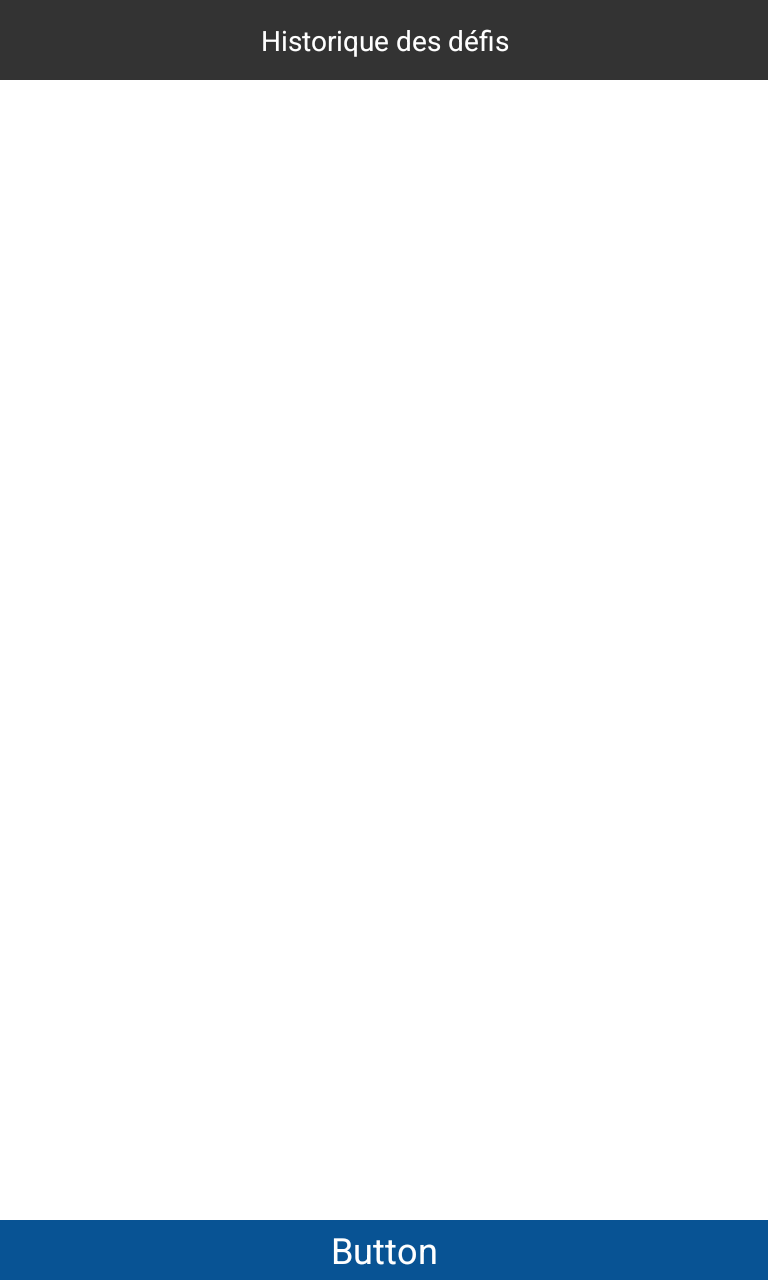
Repository: dekeym/Projet-IHM
Layout: WorkSpace/ChallengeMe/res/layout/fragment_history.xml
These files come from the project's save history. The layout is drawn as it stood at one moment and after the next save; the edit follows.
It is drawn on a 768 x 1280 px phone screen (xhdpi) without system bars, with theme android:Theme.Holo.Light.DarkActionBar; the app's code is not run. Lists and similar views that code fills are empty.

Above is the layout before, as saved 2014-12-18 10:10:55.

### WorkSpace/ChallengeMe/res/layout/fragment_history.xml
<?xml version="1.0" encoding="utf-8"?>
<RelativeLayout xmlns:android="http://schemas.android.com/apk/res/android"
    android:id="@+id/RelativeLayout1"
    android:layout_width="match_parent"
    android:layout_height="match_parent"
    android:orientation="vertical" >

    <TextView
        android:id="@+id/historyUser"
        android:layout_width="478dp"
        android:layout_height="40dp"
        android:layout_alignParentLeft="true"
        android:background="#333333"
        android:gravity="center"
        android:text="Historique des entraînements"
        android:textColor="@android:color/white"
        android:textSize="14sp" />

    <ListView
        android:id="@+id/listHistoryUser"
        android:layout_width="match_parent"
        android:layout_height="wrap_content"
        android:layout_above="@+id/button1"
        android:layout_alignRight="@+id/historyUser"
        android:layout_below="@+id/historyUser" >

    </ListView>

    <TextView
        android:id="@+id/historyCompet"
        android:layout_width="478dp"
        android:layout_height="40dp"
        android:layout_alignParentRight="true"
        android:layout_alignParentTop="true"
        android:background="#333333"
        android:gravity="center"
        android:textColor="@android:color/white"
        android:text="Historique des défis"
        android:textSize="14sp" />

    <ListView
        android:id="@+id/listHistoryCompet"
        android:layout_width="match_parent"
        android:layout_height="wrap_content"
        android:layout_alignBottom="@+id/listHistoryUser"
        android:layout_alignLeft="@+id/historyCompet"
        android:layout_alignRight="@+id/historyCompet"
        android:layout_alignTop="@+id/listHistoryUser" >

    </ListView>

    <Button
        android:id="@+id/buttonMonth"
        android:layout_width="fill_parent"
        android:layout_height="30dp"
        android:layout_alignParentBottom="true"
        android:layout_alignParentLeft="true"
        android:background="#085394"
        android:textColor="@android:color/white"
        android:text="Button" />

</RelativeLayout>

After the next save:
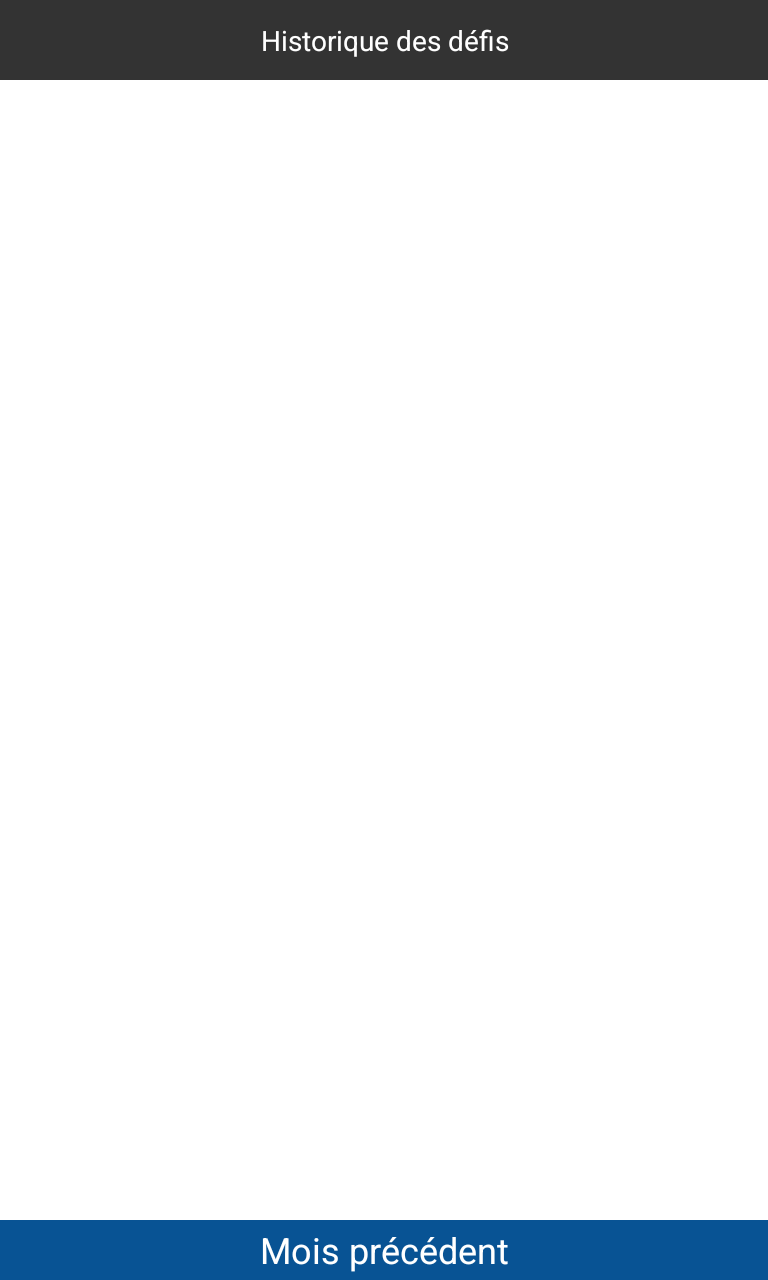
Saved 5 s later.
--- a/WorkSpace/ChallengeMe/res/layout/fragment_history.xml
+++ b/WorkSpace/ChallengeMe/res/layout/fragment_history.xml
@@ -57,6 +57,6 @@
         android:layout_alignParentLeft="true"
         android:background="#085394"
         android:textColor="@android:color/white"
-        android:text="Button" />
+        android:text="Mois précédent" />
 
 </RelativeLayout>
